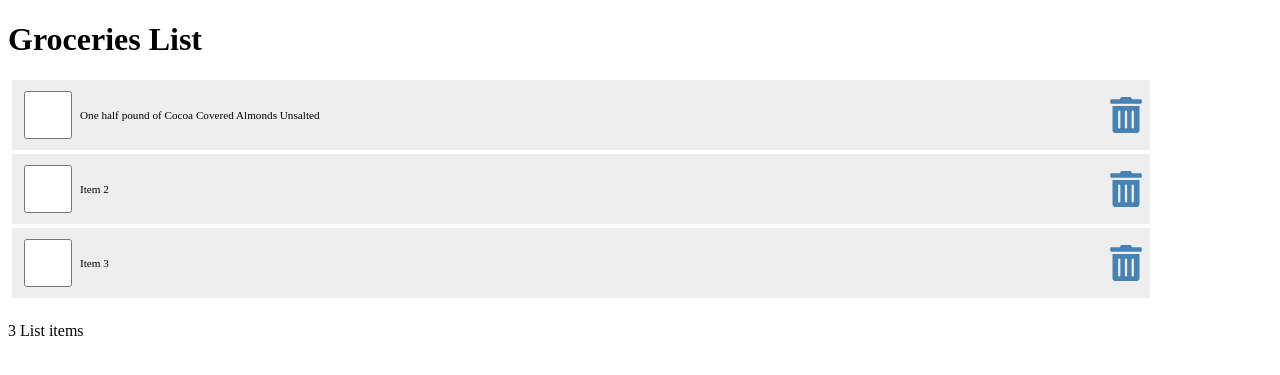
Repository: akinmiday/react-series
Page: /
The author's editor kept a copy of each file at every save. The page is drawn from the files as they stood at one save, then again after a run of saves.
The browser window is 1280 px wide. The pictures show the whole page.
The project was rebuilt for these pictures with package versions that can differ from the ones it lists, and the page was loaded fresh each time. Also part of the build but not shown: vite.config.js, src/index.css.

Above is the page before, as saved 2023-08-21 19:50:41.

### src/App.jsx
import { useState } from 'react'
import './App.css'
import Content from './Content'
import Footer from './Footer'
import Header from './Header'

const App = () => {
  const [items, setItems] = useState([
    {
      id: 1,
      checked: false,
      item: "One half pound of Cocoa Covered Almonds Unsalted"
    },
    {
      id: 2,
      checked: false,
      item: "Item 2"
    },
    {
      id: 3,
      checked: false,
      item: "Item 3"

    }
  ])

  const handleCheck = (id) => {
    const listItems = items.map((item) => item.id === id ? { ...item, checked: !item.checked } : item)
    setItems(listItems)
    localStorage.setItem("shoppinglist", JSON.stringify(listItems))
  }

  const handleDelete = (id) => {
    const listItems = items.filter((item) => item.id !== id)
    setItems(listItems)
    localStorage.setItem("shoppinglist", JSON.stringify(listItems))
  }

  return (
    <>
      <Header title="Groceries List" />
      <Content
        items={items}
        handleCheck={handleCheck}
        handleDelete={handleDelete}
      />
      <Footer length={items.length} />
    </>
  )
}

export default App

### src/App.css
ul {
    width: 90%;
    list-style: none;
    padding: 0 0.25rem 0.25rem;
}

ul li::before{
    content: "\200B";
}

.item{
    display: flex;
    justify-content: flex-start;
    align-items: center;
    padding: 0.5rem 0 0.5rem 0.5rem;
    margin: 0.25rem 0;
    background-color: #eee;
}

.item input[type="checkbox"] {
    text-align: center;
    width: 2.5rem;
    width: 48px;
    min-width: 48px;
    height: 2.5rem;
    height: 48px;
    min-height: 48px;
    cursor: pointer;
    margin-right: 0.5rem;
}

.item input[type="checkbox"]:focus + label{
text-decoration: underline;
}

.item > label{
    font-size: 0.7rem;
    flex-grow: 1;
}

.item svg{
    width: 48px;
    min-width: 48px;
    height: 36px;
    font-size: 2px;
    color: steelblue;
    cursor: pointer;
}

.item svg:focus,
.item svg:hover{
    color: red;
    outline: none;
}

### src/Content.jsx
/* eslint-disable react/prop-types */

import ItemList from "./ItemList"


const Content = ({ items, handleCheck, handleDelete }) => {

    return (
        <>
            {items.length ? (
                <ItemList
                    items={items}
                    handleCheck={handleCheck}
                    handleDelete={handleDelete}
                />
            ) : (
                <p style={{ marginTop: '2rem' }} >Your List is empty</p >
            )}
        </>
    )
}

export default Content

### src/Footer.jsx
// eslint-disable-next-line react/prop-types
const Footer = ({ length }) => {

  return (
    <div>
      <p>{length} List {length <= 1 ? "item" : "items"}  </p>
    </div>
  )
}

export default Footer

### src/Header.jsx
// eslint-disable-next-line react/prop-types
const Header = ({ title }) => {
    return (
        <header>
            <h1>{title}</h1>
        </header>
    )
}

export default Header

### src/ItemList.jsx
/* eslint-disable react/prop-types */
import { FaTrashAlt } from "react-icons/fa"
const ItemList = ({ items, handleCheck, handleDelete }) => {
    return (
        <ul>
            {items.map((item) => (
                <li className='item' key={item.id} >
                    <input
                        type='checkbox'
                        checked={item.checked}
                        onChange={() => handleCheck(item.id)}
                    />
                    <label
                        style={(item.checked) ? { textDecoration: 'line-through' } : null}
                        onDoubleClick={() => handleCheck(item.id)}
                    >{item.item}</label>
                    <FaTrashAlt
                        onClick={() => handleDelete(item.id)}
                        role='button'
                        tabIndex="0"
                    />
                </li>
            ))}
        </ul>
    )
}

export default ItemList

Loaded but not shown: index.html (common file); src/main.jsx (common file)

After the next 3 saves:
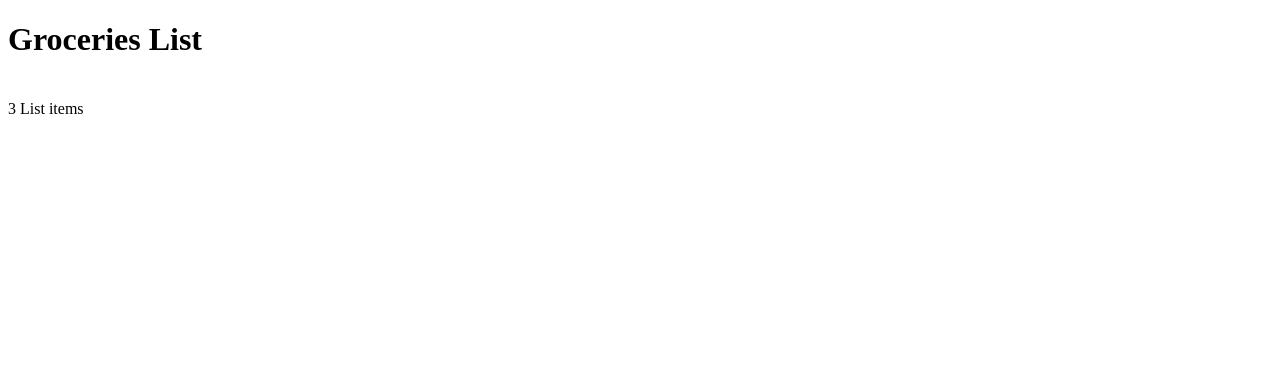
The 3 saves are shown as one change because 2 did not build or start.
The last was saved 71 s later.
--- a/src/ItemList.jsx
+++ b/src/ItemList.jsx
@@ -4,22 +4,7 @@ const ItemList = ({ items, handleCheck, handleDelete }) => {
     return (
         <ul>
             {items.map((item) => (
-                <li className='item' key={item.id} >
-                    <input
-                        type='checkbox'
-                        checked={item.checked}
-                        onChange={() => handleCheck(item.id)}
-                    />
-                    <label
-                        style={(item.checked) ? { textDecoration: 'line-through' } : null}
-                        onDoubleClick={() => handleCheck(item.id)}
-                    >{item.item}</label>
-                    <FaTrashAlt
-                        onClick={() => handleDelete(item.id)}
-                        role='button'
-                        tabIndex="0"
-                    />
-                </li>
+                <div></div>
             ))}
         </ul>
     )
